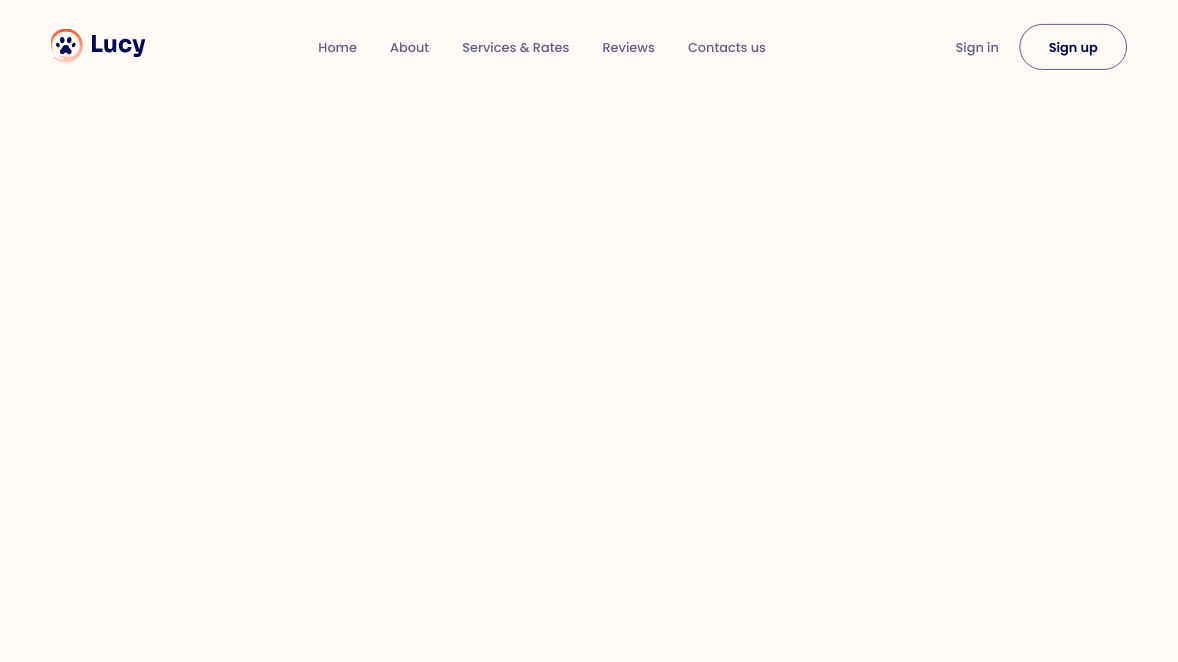
Repository: empty24062002/f8-project-05
Page: index.html
The author's editor kept a copy of each file at every save. The page is drawn from the files as they stood at one save, then again after the next save.
The browser window is 1280 px wide. The pictures show the whole page, at 92% of full size.

Above is the page before, as saved 2023-09-09 17:01:19.

After the next save:
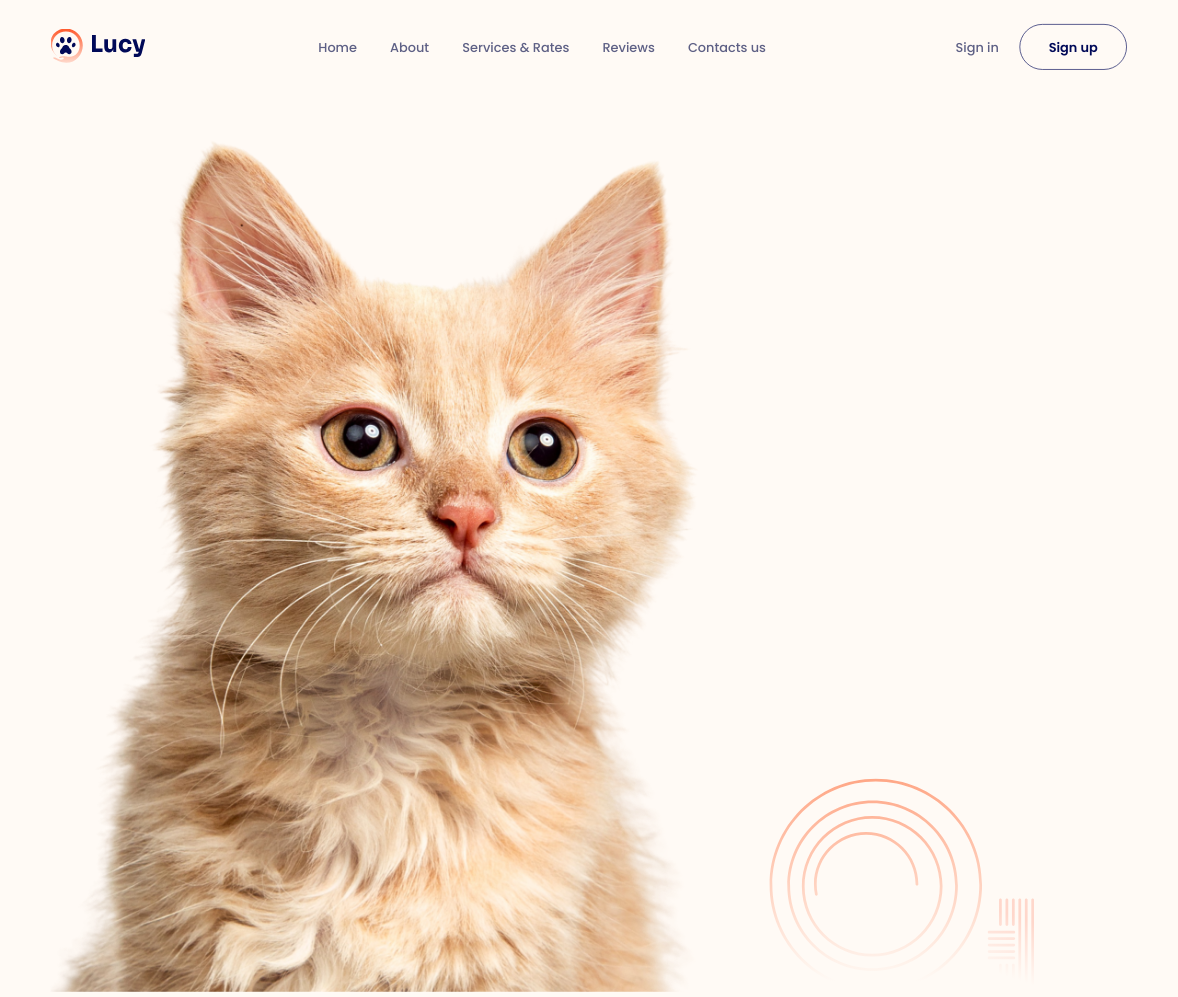
Saved 12 min 35 s later.
--- a/index.html
+++ b/index.html
@@ -138,5 +138,36 @@
                 </div>
             </div>
         </header>
+        <!-- hero -->
+        <section class="hero">
+            <div class="container">
+                <div class="hero__inner">
+                    <!-- hero media -->
+                    <div class="hero__media">
+                        <div class="hero__img-wrap">
+                            <img
+                                src="./assets/img/hero__img1.png"
+                                alt=""
+                                class="hero__img"
+                            />
+
+                            <!-- Decorators -->
+                            <img
+                                src="./assets/img/decor__01.svg"
+                                alt=""
+                                class="hero__decor"
+                            />
+                            <img
+                                src="./assets/img/decor__02.svg"
+                                alt=""
+                                class="hero__decor"
+                            />
+                        </div>
+                    </div>
+                    <!-- hero content -->
+                    <section class="hero__content"></section>
+                </div>
+            </div>
+        </section>
     </body>
 </html>
